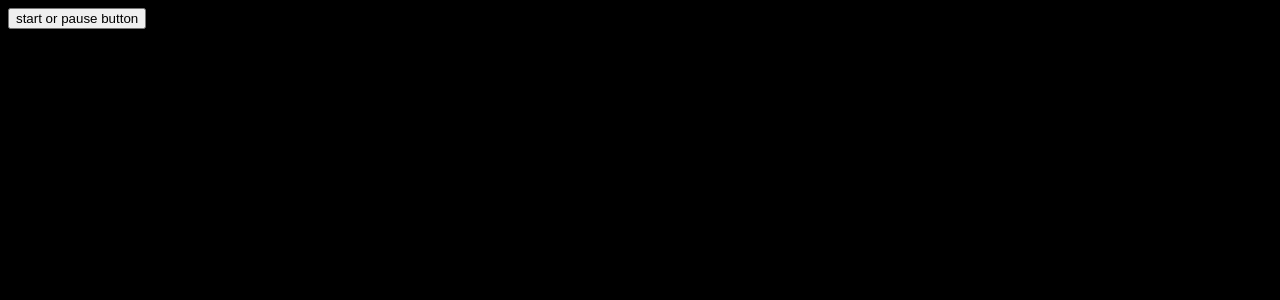
Repository: rladpwl0512/dreamcoding_browser101
Page: (7) catch-carrot-game/catch carrot/index.html
These files come from the project's save history. The page is drawn as it stood at one moment and after the next save; the edit follows.
The browser window is 1280 px wide. The pictures show the whole page.

Above is the page before, as saved 2021-10-06 19:04:47.

After the next save:
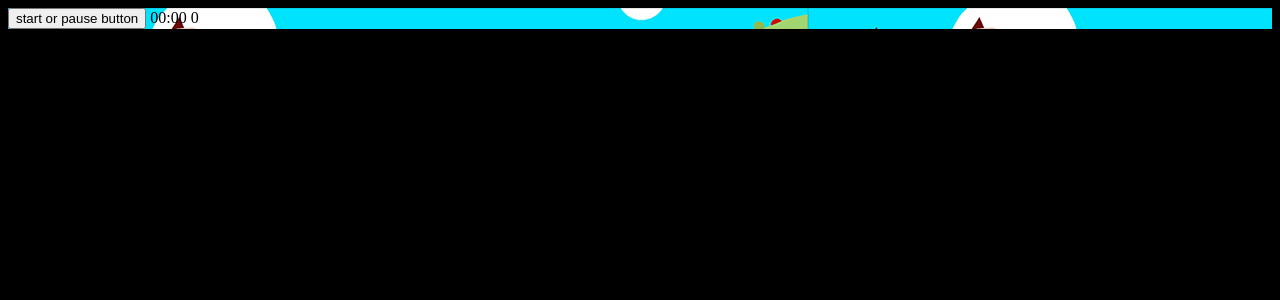
Saved 30 s later.
--- a/(7) catch-carrot-game/catch carrot/style.css
+++ b/(7) catch-carrot-game/catch carrot/style.css
@@ -3,3 +3,7 @@
 body {
   background-color: black;
 }
+
+.background {
+  background-image: url(./img/background.png);
+}
